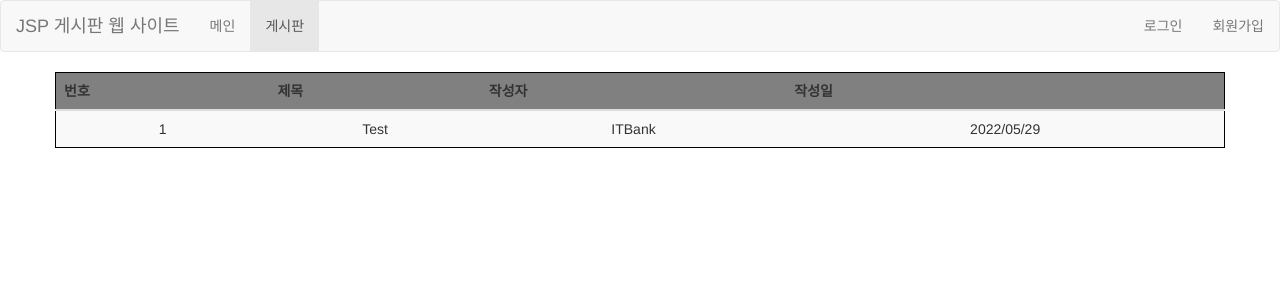
Repository: jjb5442/JSP
Page: http://localhost/07_JSP_FinalProject/board.jsp
An editor plug-in stored every save of this project. The page is shown before and after the next save, followed by the edit.
The browser window is 1280 px wide. The pictures show the whole page.
Some web libraries are served in a nearby version. The page is served by Tomcat 9. Other server files are loaded and not shown.

Above is the page before, as saved 2022-05-29 01:22:30.

### 8Day/workspace/07_JSP_FinalProject/src/main/webapp/board.jsp
<%@ page language="java" contentType="text/html; charset=UTF-8"
    pageEncoding="UTF-8"%>
<!DOCTYPE html>
<html>
<head>
<meta charset="UTF-8">
<title>Insert title here</title>
</head>
<body>
	<jsp:include page="top.jsp"></jsp:include>
	<div class="container">
		<div class="row">
			<table class="table table-striped" style="text-align: center; border: 1px solid black;">
				<thead>
					<tr style="background-color: gray; text-align: center;">
						<th>번호</th>
						<th>제목</th>
						<th>작성자</th>
						<th>작성일</th>
					</tr>
				</thead>
				<tbody>
					<tr>
						<td>1</td>
						<td>Test</td>
						<td>ITBank</td>
						<td>2022/05/29</td>
					</tr>
				</tbody>
			</table>
		</div>
	</div>
</body>
</html>

### 8Day/workspace/07_JSP_FinalProject/src/main/webapp/top.jsp
<%@ page language="java" contentType="text/html; charset=UTF-8"
    pageEncoding="UTF-8"%>
<%
	String[] url = request.getRequestURL().toString().split("/");
	String pageName = url[url.length - 1];
%>
<!DOCTYPE html>
<html>
<head>
<meta charset="UTF-8">
<title>Insert title here</title>
<!-- 화면 최적화 -->
<meta name="viewport" content="width-device-width" initial-scale="1">
<link rel="stylesheet" href="css/bootstrap.css">
</head>
<body>
	<!-- 부트스트랩 : 페이지를 꾸며주는 기능들이 들어있는 라이브러리 -->
	<nav class="navbar navbar-default"> <!-- 네비게이션 -->
		<div class="navbar-header"> 	<!-- 네비게이션 상단 부분 -->
			<!-- 네비게이션 상단 박스 영역 -->
			<button type="button" class="navbar-toggle collapsed"
				data-toggle="collapse" data-target="#bs-example-navbar-collapse-1"
				aria-expanded="false">
				<!-- 이 삼줄 버튼은 화면이 좁아지면 우측에 나타난다 -->
				<span class="icon-bar"></span>
				<span class="icon-bar"></span>
				<span class="icon-bar"></span>
			</button>
			<a class="navbar-brand" href="main.jsp">JSP 게시판 웹 사이트</a>
		</div>
		<div class="collapse navbar-collapse" id="bs-example-navbar-collapse-1">
			<ul class="nav navbar-nav">

				<% if(pageName.equals("main.jsp")) {%>
					<li class="active"><a href="main.jsp">메인</a></li>
				<% }else{ %>
					<li><a href="main.jsp">메인</a></li>
				<% } %>


				<% if(pageName.equals("board.jsp")) {%>
					<li class="active"><a href="board.jsp">게시판</a></li>
				<% }else{ %>
					<li><a href="board.jsp">게시판</a></li>
				<% } %>

			</ul>
			<!-- 헤더 우측에 나타나는 드랍다운 영역 -->
			<ul class="nav navbar-nav navbar-right">
				<% if(session.getAttribute("id") == null) {%>

					<% if(pageName.equals("login.jsp")) {%>
						<li class="active"><a href="login.jsp">로그인</a></li>
					<% }else{ %>
						<li><a href="login.jsp">로그인</a></li>
					<% } %>

					<% if(pageName.equals("register.jsp")) {%>
						<li class="active"><a href="register.jsp">회원가입</a></li>
					<% }else{ %>
						<li><a href="register.jsp">회원가입</a></li>
					<% } %>

				<% }else{ %>
					<li><a href="logout_action.jsp">로그아웃</a></li>
				<% } %>
			</ul>
		</div>
	</nav>
	<script src="https://code.jquery.com/jquery-3.1.1.min.js"></script>
	<script src="js/bootstrap.js"></script>
</body>
</html>

Loaded but not shown: 8Day/workspace/07_JSP_FinalProject/src/main/webapp/css/bootstrap.css (library); 8Day/workspace/07_JSP_FinalProject/src/main/webapp/js/bootstrap.js (library)

After the next save:
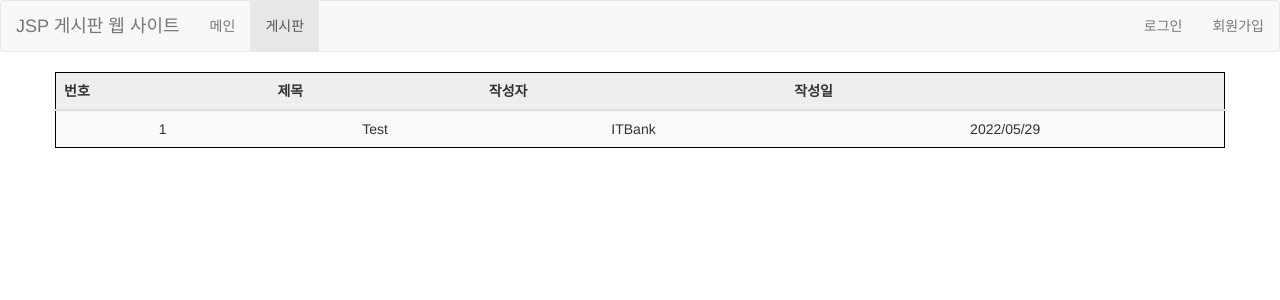
Saved 41 s later.
--- a/8Day/workspace/07_JSP_FinalProject/src/main/webapp/board.jsp
+++ b/8Day/workspace/07_JSP_FinalProject/src/main/webapp/board.jsp
@@ -12,7 +12,7 @@
 		<div class="row">
 			<table class="table table-striped" style="text-align: center; border: 1px solid black;">
 				<thead>
-					<tr style="background-color: gray; text-align: center;">
+					<tr style="background-color: #eeeeee; text-align: center;">
 						<th>번호</th>
 						<th>제목</th>
 						<th>작성자</th>
